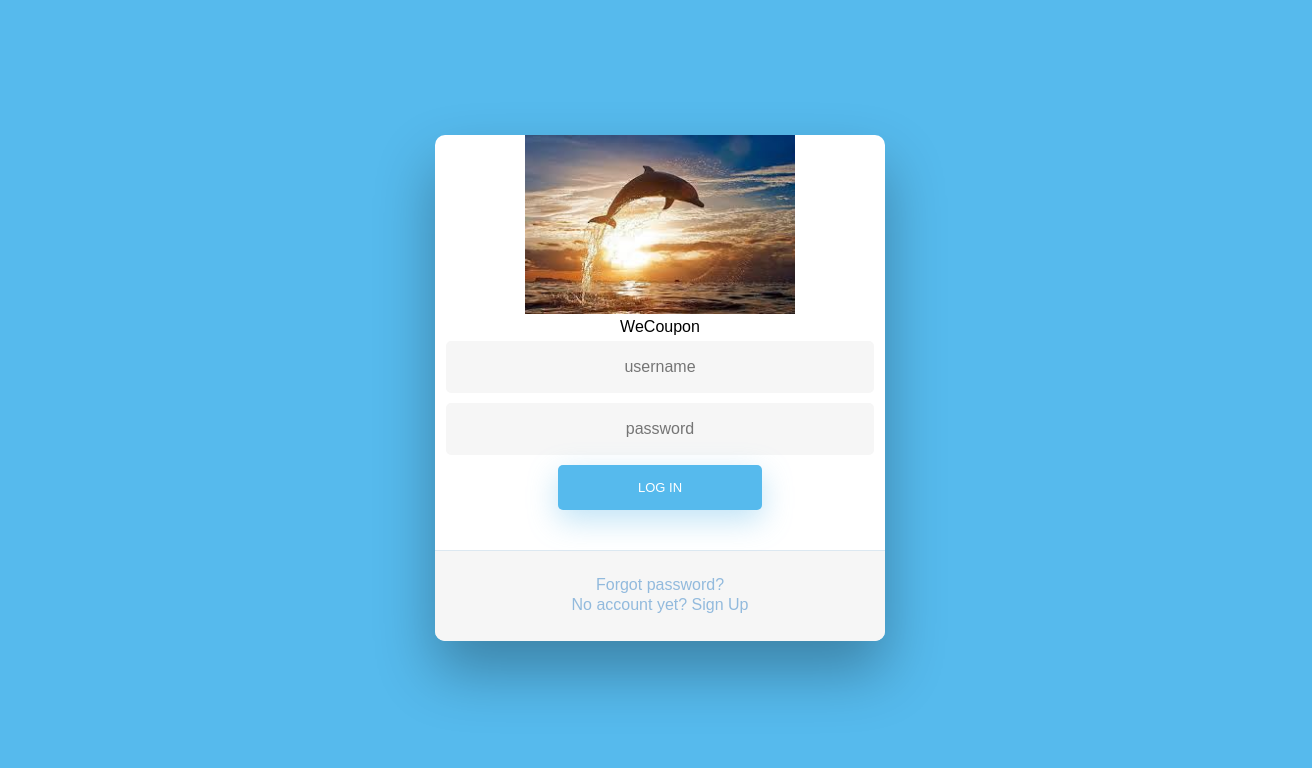
Repository: XUXiangCUHK/WeCoupon
Page: templates/login.html
These files come from the project's save history. The page is drawn as it stood at one moment and after the next save; the edit follows.
The browser window is 1280 px wide. The page is 1312 px wide, so the pictures cover 1312 px, including what lies to the right of the window. The pictures show the whole page.

Above is the page before, as saved 2021-02-27 15:19:39.

### templates/login.html
<!DOCTYPE html>
<html lang="en">
<head>
    <meta charset="UTF-8">
    <meta http-equiv="X-UA-Compatible" content="IE=edge">
    <meta name="viewport" content="width=device-width, initial-scale=1.0">
    <link rel="stylesheet" href="../static/css/login_page.css">
    <script src="../static/js/login.js"></script>
    <title>Document</title>
</head>
<body>
    <div class="wrapper fadeInDown">
        <div id="formContent">
          <!-- Tabs Titles -->

          <!-- Icon -->
          <div class="fadeIn first">
            <img src="../static/images/111.jpg" id="icon" alt="User Icon" />
          </div>

          <div>
            WeCoupon
          </div>

          <!-- Login Form -->
          <form id="form_id" method="POST">
            <input type="text" id="username" class="fadeIn second" name="login" placeholder="username">
            <input type="text" id="password" class="fadeIn third" name="login" placeholder="password">
            <input type="submit" class="fadeIn fourth" value="Log In" onclick="return processloginform();">
          </form>

          <!-- Remind Passowrd -->
          <div id="formFooter">
            <a class="underlineHover" href="#">Forgot password?</a><br />
            <a class="underlineHover" href="signup.html">No account yet? Sign Up</a>
          </div>

        </div>
      </div>
</body>
</html>

### static/css/login_page.css

/* BASIC */

html {
  background-color: #56baed;
}

body {
  font-family: "Poppins", sans-serif;
  height: 100vh;
}

a {
  color: #92badd;
  display:inline-block;
  text-decoration: none;
  font-weight: 400;
}

h2 {
  text-align: center;
  font-size: 16px;
  font-weight: 600;
  text-transform: uppercase;
  display:inline-block;
  margin: 40px 8px 10px 8px;
  color: #cccccc;
}



/* STRUCTURE */

.wrapper {
  display: flex;
  align-items: center;
  flex-direction: column;
  justify-content: center;
  width: 100%;
  min-height: 100%;
  padding: 20px;
}

#formContent {
  -webkit-border-radius: 10px 10px 10px 10px;
  border-radius: 10px 10px 10px 10px;
  background: #fff;
  padding: 30px;
  width: 90%;
  max-width: 450px;
  position: relative;
  padding: 0px;
  -webkit-box-shadow: 0 30px 60px 0 rgba(0,0,0,0.3);
  box-shadow: 0 30px 60px 0 rgba(0,0,0,0.3);
  text-align: center;
}

#formFooter {
  background-color: #f6f6f6;
  border-top: 1px solid #dce8f1;
  padding: 25px;
  text-align: center;
  -webkit-border-radius: 0 0 10px 10px;
  border-radius: 0 0 10px 10px;
}



/* TABS */

h2.inactive {
  color: #cccccc;
}

h2.active {
  color: #0d0d0d;
  border-bottom: 2px solid #5fbae9;
}



/* FORM TYPOGRAPHY*/

input[type=button], input[type=submit], input[type=reset]  {
  background-color: #56baed;
  border: none;
  color: white;
  padding: 15px 80px;
  text-align: center;
  text-decoration: none;
  display: inline-block;
  text-transform: uppercase;
  font-size: 13px;
  -webkit-box-shadow: 0 10px 30px 0 rgba(95,186,233,0.4);
  box-shadow: 0 10px 30px 0 rgba(95,186,233,0.4);
  -webkit-border-radius: 5px 5px 5px 5px;
  border-radius: 5px 5px 5px 5px;
  margin: 5px 20px 40px 20px;
  -webkit-transition: all 0.3s ease-in-out;
  -moz-transition: all 0.3s ease-in-out;
  -ms-transition: all 0.3s ease-in-out;
  -o-transition: all 0.3s ease-in-out;
  transition: all 0.3s ease-in-out;
}

input[type=button]:hover, input[type=submit]:hover, input[type=reset]:hover  {
  background-color: #39ace7;
}

input[type=button]:active, input[type=submit]:active, input[type=reset]:active  {
  -moz-transform: scale(0.95);
  -webkit-transform: scale(0.95);
  -o-transform: scale(0.95);
  -ms-transform: scale(0.95);
  transform: scale(0.95);
}

input[type=text] {
  background-color: #f6f6f6;
  border: none;
  color: #0d0d0d;
  padding: 15px 32px;
  text-align: center;
  text-decoration: none;
  display: inline-block;
  font-size: 16px;
  margin: 5px;
  width: 80%;
  border: 2px solid #f6f6f6;
  -webkit-transition: all 0.5s ease-in-out;
  -moz-transition: all 0.5s ease-in-out;
  -ms-transition: all 0.5s ease-in-out;
  -o-transition: all 0.5s ease-in-out;
  transition: all 0.5s ease-in-out;
  -webkit-border-radius: 5px 5px 5px 5px;
  border-radius: 5px 5px 5px 5px;
}

input[type=text]:focus {
  background-color: #fff;
  border-bottom: 2px solid #5fbae9;
}

input[type=text]:placeholder {
  color: #cccccc;
}



/* ANIMATIONS */

/* Simple CSS3 Fade-in-down Animation */
/* .fadeInDown {
  -webkit-animation-name: fadeInDown;
  animation-name: fadeInDown;
  -webkit-animation-duration: 1s;
  animation-duration: 1s;
  -webkit-animation-fill-mode: both;
  animation-fill-mode: both;
}

@-webkit-keyframes fadeInDown {
  0% {
    opacity: 0;
    -webkit-transform: translate3d(0, -100%, 0);
    transform: translate3d(0, -100%, 0);
  }
  100% {
    opacity: 1;
    -webkit-transform: none;
    transform: none;
  }
}

@keyframes fadeInDown {
  0% {
    opacity: 0;
    -webkit-transform: translate3d(0, -100%, 0);
    transform: translate3d(0, -100%, 0);
  }
  100% {
    opacity: 1;
    -webkit-transform: none;
    transform: none;
  }
} */

/* Simple CSS3 Fade-in Animation */
/* @-webkit-keyframes fadeIn { from { opacity:0; } to { opacity:1; } }
@-moz-keyframes fadeIn { from { opacity:0; } to { opacity:1; } }
@keyframes fadeIn { from { opacity:0; } to { opacity:1; } }

.fadeIn {
  opacity:0;
  -webkit-animation:fadeIn ease-in 1;
  -moz-animation:fadeIn ease-in 1;
  animation:fadeIn ease-in 1;

  -webkit-animation-fill-mode:forwards;
  -moz-animation-fill-mode:forwards;
  animation-fill-mode:forwards;

  -webkit-animation-duration:1s;
  -moz-animation-duration:1s;
  animation-duration:1s;
}

.fadeIn.first {
  -webkit-animation-delay: 0.4s;
  -moz-animation-delay: 0.4s;
  animation-delay: 0.4s;
}

.fadeIn.second {
  -webkit-animation-delay: 0.6s;
  -moz-animation-delay: 0.6s;
  animation-delay: 0.6s;
}

.fadeIn.third {
  -webkit-animation-delay: 0.8s;
  -moz-animation-delay: 0.8s;
  animation-delay: 0.8s;
}

.fadeIn.fourth {
  -webkit-animation-delay: 1s;
  -moz-animation-delay: 1s;
  animation-delay: 1s;
}  */

/* Simple CSS3 Fade-in Animation */
.underlineHover:after {
  display: block;
  left: 0;
  bottom: -10px;
  width: 0;
  height: 2px;
  background-color: #56baed;
  content: "";
  transition: width 0.2s;
}

.underlineHover:hover {
  color: #0d0d0d;
}

.underlineHover:hover:after{
  width: 100%;
}



/* OTHERS */

*:focus {
    outline: none;
}

#icon {
  width:60%;
}

.field-icon {
  float: right;
  margin-left: -25px;
  margin-top: -25px;
  position: relative;
  z-index: 2;
}

### static/js/login.js
// function processform(){
//     console.log(document.querySelector("#login"));
//     console.log(document.querySelector("#password"));

// }

function processloginform() {
    // var username = document.querySelector("#login");
    // var password = document.querySelector("#password");
    var username = document.getElementById("username");
    var password = document.getElementById("password");


    if (username.value == ""){
        alert("please input username!");
    }
    else if (password.value == ""){
        alert("please input password!");
    }else if (username.value == "123" && password.value == "123"){
        window.location.href="../templates/student_main_page.html";
        return false;
    }
}

After the next save:
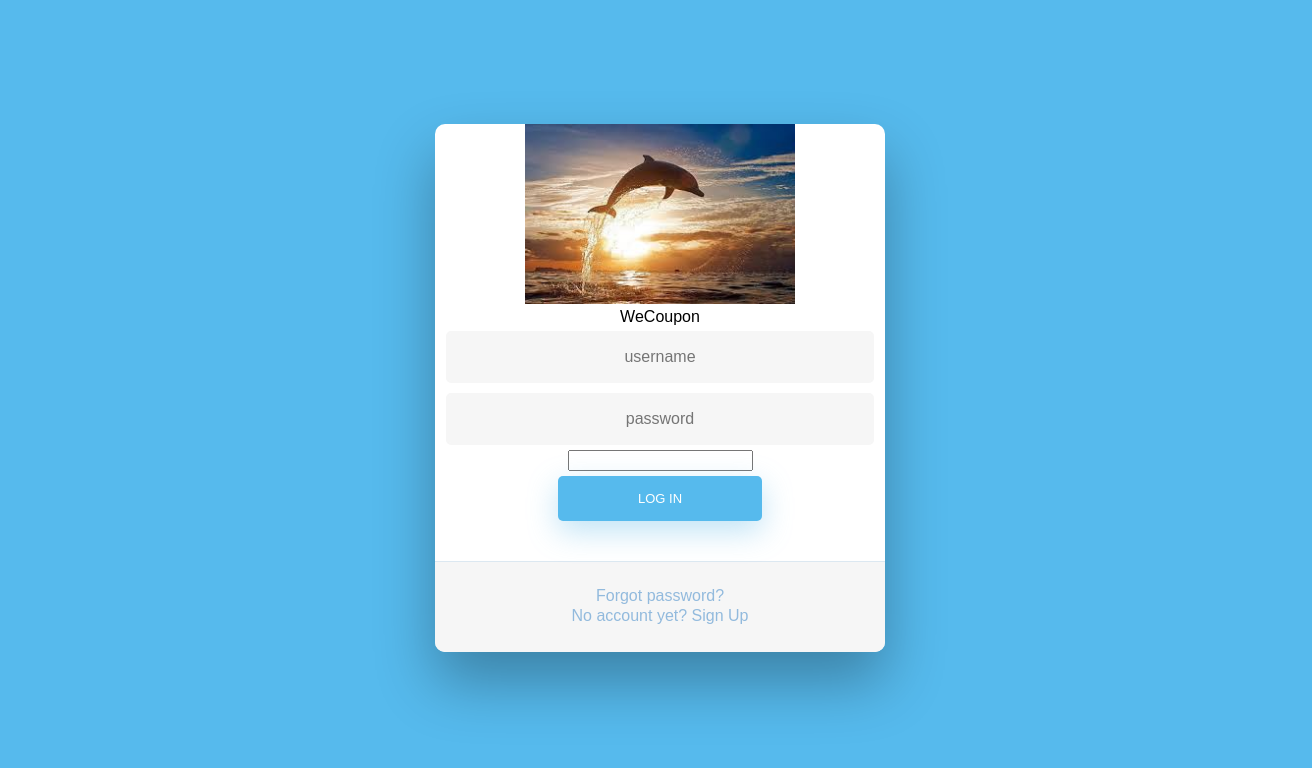
Saved 95 s later.
--- a/templates/login.html
+++ b/templates/login.html
@@ -26,6 +26,10 @@
           <form id="form_id" method="POST">
             <input type="text" id="username" class="fadeIn second" name="login" placeholder="username">
             <input type="text" id="password" class="fadeIn third" name="login" placeholder="password">
+            <div class="relative">
+              <input type="password" id="passwd" name="passwd">
+              <i class="fa fa-eye showpwd" onClick="showPwd('passwd', this)">   </i>
+            </div>
             <input type="submit" class="fadeIn fourth" value="Log In" onclick="return processloginform();">
           </form>
 
--- a/static/js/login.js
+++ b/static/js/login.js
@@ -3,6 +3,17 @@
 //     console.log(document.querySelector("#password"));
 
 // }
+
+function showPwd(id, el) {
+    let x = document.getElementById(id);
+    if (x.type === "password") {
+        x.type = "text";
+        el.className = 'fa fa-eye-slash showpwd';
+    } else {
+        x.type = "password";
+        el.className = 'fa fa-eye showpwd';
+    }
+}
 
 function processloginform() {
     // var username = document.querySelector("#login");
